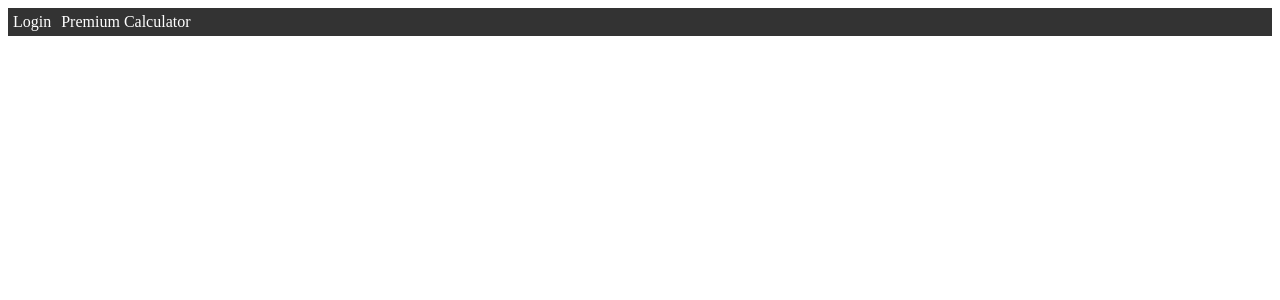
Repository: sowmini-nats/git-spring-project
Page: http://localhost/InsuranceAutomationSystem/navbar.jsp
An editor plug-in stored every save of this project. The page is shown before and after the next save, followed by the edit.
The browser window is 1280 px wide. The pictures show the whole page.
The page is served by Tomcat 10. Other server files are loaded and not shown.

Above is the page before, as saved 2023-10-30 19:47:04.

### eclipse-workspace-jspassessment/InsuranceAutomationSystem/src/main/webapp/navbar.jsp
<%@ page language="java" contentType="text/html; charset=UTF-8" pageEncoding="UTF-8"%>
<!DOCTYPE html>
<html>
<head>
    <meta charset="UTF-8">
    <title>Navigation Bar</title>
    <style>
        .navbar {
            background-color: #333;
            overflow: hidden;
        }

        .navbar a {
            float: left;
            display: block;
            color: white;
            text-align: center;
            padding: 5px 5px;
            text-decoration: none;
        }

        .navbar a:hover {
            background-color: #ddd;
            color: black;
        }
    </style>
</head>
<body>
<%if(session.getAttribute("role")!=null){
	if(session.getAttribute("role").toString().equals("Agent")){ %>
}
    <div class="navbar">
        <a href="/home">Home</a>
        <a href="/customer/customer-agent-list">Customers</a>
        <a href="/policy/policy-details">Policies</a>
        <a href="/premium-calculator">Premium Calculator</a>
        <a href="/logout">Logout</a>
    </div>
 <%}} else {%>
 	 <div class="navbar">
        <a href="login">Login</a>
        <a href="/premium-calculator">Premium Calculator</a>
     </div>
 <%} %>

</body>
</html>

After the next save:
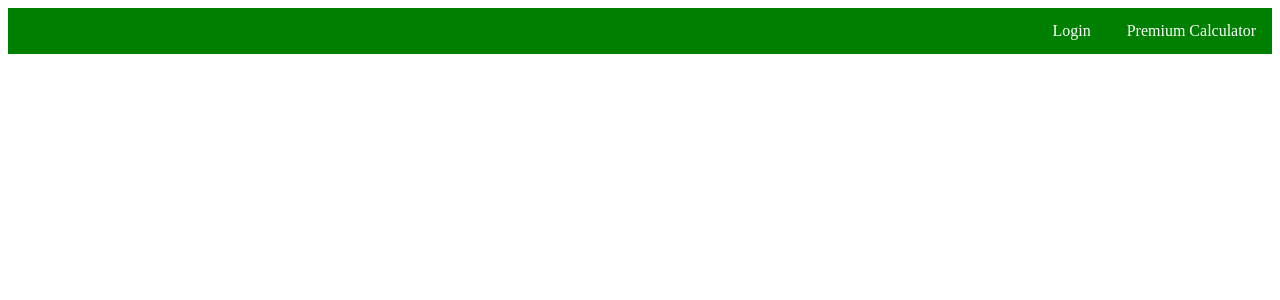
Saved 5 min 5 s later.
--- a/eclipse-workspace-jspassessment/InsuranceAutomationSystem/src/main/webapp/navbar.jsp
+++ b/eclipse-workspace-jspassessment/InsuranceAutomationSystem/src/main/webapp/navbar.jsp
@@ -4,44 +4,68 @@
 <head>
     <meta charset="UTF-8">
     <title>Navigation Bar</title>
-    <style>
-        .navbar {
-            background-color: #333;
-            overflow: hidden;
-        }
 
-        .navbar a {
-            float: left;
-            display: block;
-            color: white;
-            text-align: center;
-            padding: 5px 5px;
-            text-decoration: none;
-        }
-
-        .navbar a:hover {
-            background-color: #ddd;
-            color: black;
-        }
-    </style>
 </head>
 <body>
-<%if(session.getAttribute("role")!=null){
-	if(session.getAttribute("role").toString().equals("Agent")){ %>
-}
-    <div class="navbar">
-        <a href="/home">Home</a>
-        <a href="/customer/customer-agent-list">Customers</a>
-        <a href="/policy/policy-details">Policies</a>
-        <a href="/premium-calculator">Premium Calculator</a>
-        <a href="/logout">Logout</a>
-    </div>
- <%}} else {%>
- 	 <div class="navbar">
-        <a href="login">Login</a>
-        <a href="/premium-calculator">Premium Calculator</a>
-     </div>
- <%} %>
+<% if (session.getAttribute("role") != null) {
+    if (session.getAttribute("role").toString().equals("Agent")) {
+%>
+<div class="navbar agent-navbar">
+    <a href="/home">Home</a>
+    <a href="/customer/customer-agent-list">Customers</a>
+    <a href="/policy/policy-details">Policies</a>
+    <a href="/premium-calculator">Premium Calculator</a>
+    <a href="/logout">Logout</a>
+</div>
+<% } else { %>
+<div class="navbar user-navbar">
+    <a href="/home">Home</a>
+    <a href="/customer/customer-agent-list">Customers</a>
+    <a href="/policy/policy-details">Policies</a>
+    <a href="/premium-calculator">Premium Calculator</a>
+    <a href="/logout">Logout</a>
+</div>
+<% } } else { %>
+<div class="navbar guest-navbar">
+    <a href="/login">Login</a>
+    <a href="/premium-calculator">Premium Calculator</a>
+</div>
+<% } %>
+
+<style>
+    /* Style for the navbar */
+    .navbar {
+        background-color: green;
+        overflow: hidden;
+        text-align: right;
+    }
+
+    .navbar a {
+        display: inline-block;
+        color: white;
+        padding: 14px 16px;
+        text-decoration: none;
+    }
+
+    .navbar a:hover {
+        background-color: #ddd;
+        color: black;
+    }
+
+    /* Add specific styles for different navbar types */
+    .agent-navbar {
+        background-color: green;
+    }
+
+    .user-navbar {
+        background-color: green;
+    }
+
+    .guest-navbar {
+        background-color: green;
+    }
+</style>
 
 </body>
+
 </html>
